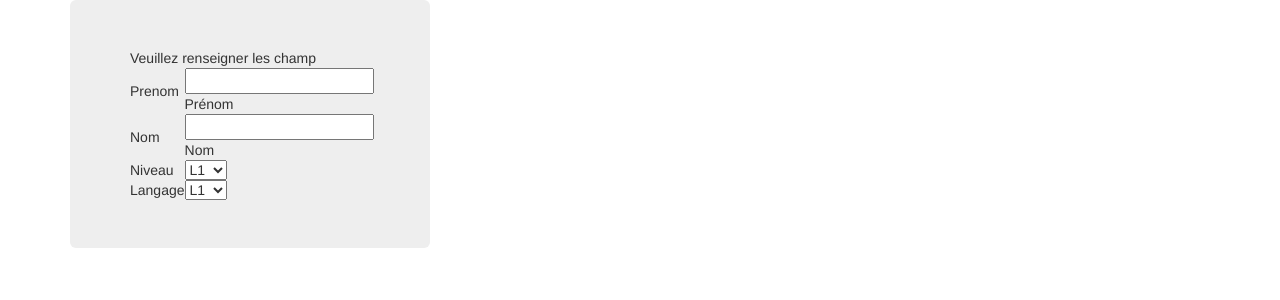
Repository: imouahrani/Gestion-des-stagiaires_JAVAEE
Page: http://localhost/Espace_Stagiaire/test3.jsp
An editor plug-in stored every save of this project. The page is shown before and after the next save, followed by the edit.
The browser window is 1280 px wide. The pictures show the whole page.
The page is served by Tomcat 9. Other server files are loaded and not shown.

Above is the page before, as saved 2018-07-31 13:32:33.

### Formation Java Entreprise Edition/Espace Stagiaire/WebContent/test3.jsp
<%@ page language="java" contentType="text/html; charset=UTF-8"
	pageEncoding="UTF-8"%>
<!DOCTYPE html PUBLIC "-//W3C//DTD HTML 4.01 Transitional//EN" "http://www.w3.org/TR/html4/loose.dtd">
<html lang="en">
  <head>
    <meta charset="utf-8">
    <meta http-equiv="X-UA-Compatible" content="IE=edge">
    <meta name="viewport" content="width=device-width, initial-scale=1">
    <!-- The above 3 meta tags *must* come first in the head; any other head content must come *after* these tags -->
    <title>Bootstrap 101 Template</title>

    <!-- Bootstrap -->
    <link href="Assest/css/bootstrap.min.css" rel="stylesheet">

    <!-- HTML5 shim and Respond.js for IE8 support of HTML5 elements and media queries -->
    <!-- WARNING: Respond.js doesn't work if you view the page via file:// -->
    <!--[if lt IE 9]>
      <script src="https://oss.maxcdn.com/html5shiv/3.7.3/html5shiv.min.js"></script>
      <script src="https://oss.maxcdn.com/respond/1.4.2/respond.min.js"></script>
    <![endif]-->
  </head>
  <body>
   <div class="container">
   <div class ="row">
   <div class ="col-md-4">
   <div class="jumbotron">
	<form action="">
	<caption>Veuillez renseigner les champ</caption>
		<table>

			<tr>

				<td>Prenom</td>
				<td><input type="text" name="prenom" >Prénom</td>
			</tr>

			<tr>

				<td>Nom</td>
				<td><input type="text" name="nom" >Nom</td>
			</tr>
			<tr>

				<td>Niveau</td>
				<td>


					<select name="niveau" >

						 						<option>L1</option>
						 						<option>L2</option>
												<option>L3</option>
												<option>M1</option>


					</select>


				</td>
			</tr>
			<tr>

				<td>Langage</td>
				<td>


					<select name="langage" value="langage">

						 						<option>L1</option>
						 						<option>L2</option>
												<option>L3</option>
												<option>M1</option>


					</select>


				</td>
			</tr>





		</table>



	</form>


    <!-- jQuery (necessary for Bootstrap's JavaScript plugins) -->
    <script src="https://ajax.googleapis.com/ajax/libs/jquery/1.12.4/jquery.min.js"></script>
    <!-- Include all compiled plugins (below), or include individual files as needed -->
    <script src="cjs/bootstrap.min.js"></script>
    </div>
    </div>
    </div>
    </div>
  </body>
</html>

Loaded but not shown: Formation Java Entreprise Edition/Espace Stagiaire/WebContent/Assets/css/bootstrap.min.css (library); Formation Java Entreprise Edition/Espace Stagiaire/WebContent/Assets/js/bootstrap.min.js (library)

After the next save:
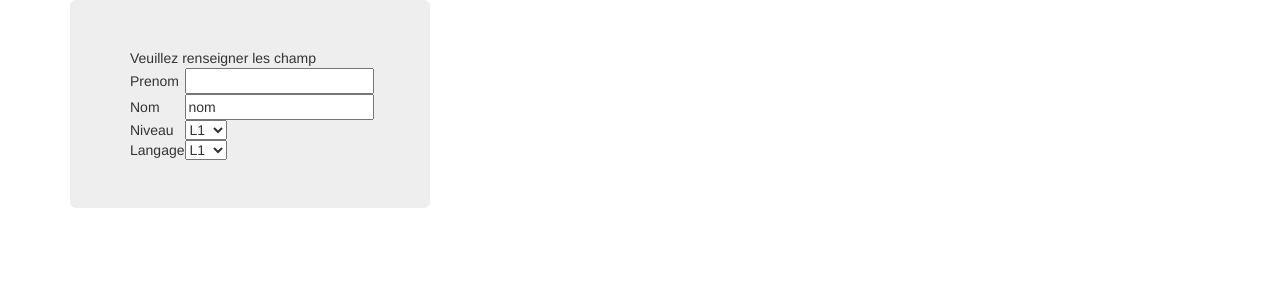
Saved 43 s later.
--- a/Formation Java Entreprise Edition/Espace Stagiaire/WebContent/test3.jsp
+++ b/Formation Java Entreprise Edition/Espace Stagiaire/WebContent/test3.jsp
@@ -31,13 +31,13 @@
 			<tr>
 
 				<td>Prenom</td>
-				<td><input type="text" name="prenom" >Prénom</td>
+				<td><input type="text" name="prenom" ></td>
 			</tr>
 
 			<tr>
 
 				<td>Nom</td>
-				<td><input type="text" name="nom" >Nom</td>
+				<td><input type="text" name="nom" value = "nom" ></td>
 			</tr>
 			<tr>
 
